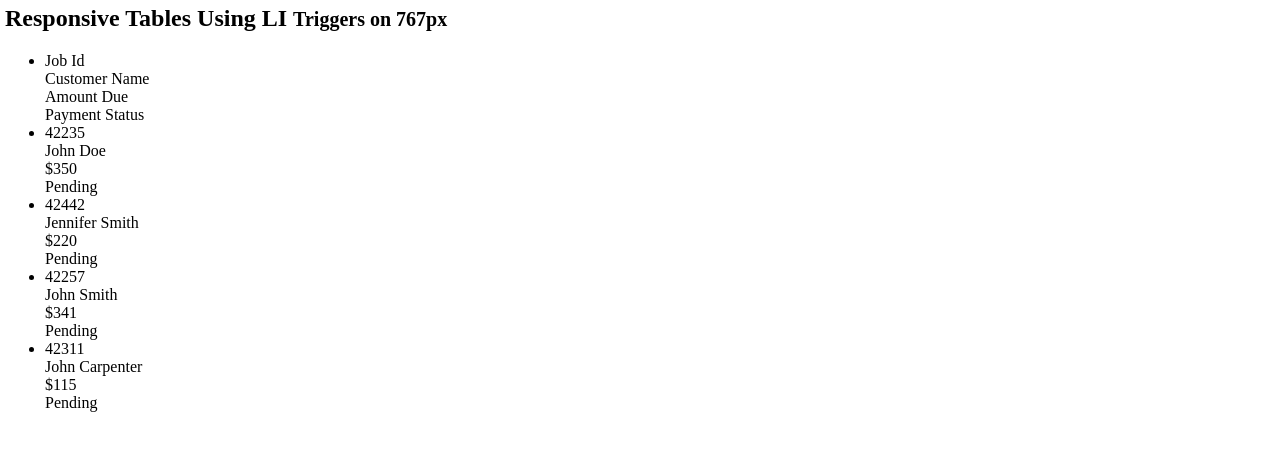
Repository: vijayholve/attendence
Page: templates/librarys/book_home.html
The author's editor kept a copy of each file at every save. The page is drawn from the files as they stood at one save, then again after a run of saves.
The browser window is 1280 px wide. The pictures show the whole page.
Some web fonts or font styles are not loaded; a fallback is used. The template is drawn by Django 5.2. The application's start-up code is not run. The template is opened directly, without the code that normally fills it, so the values that code supplies are empty.

Above is the page before, as saved 2024-08-07 15:09:55.

After the next 2 saves:
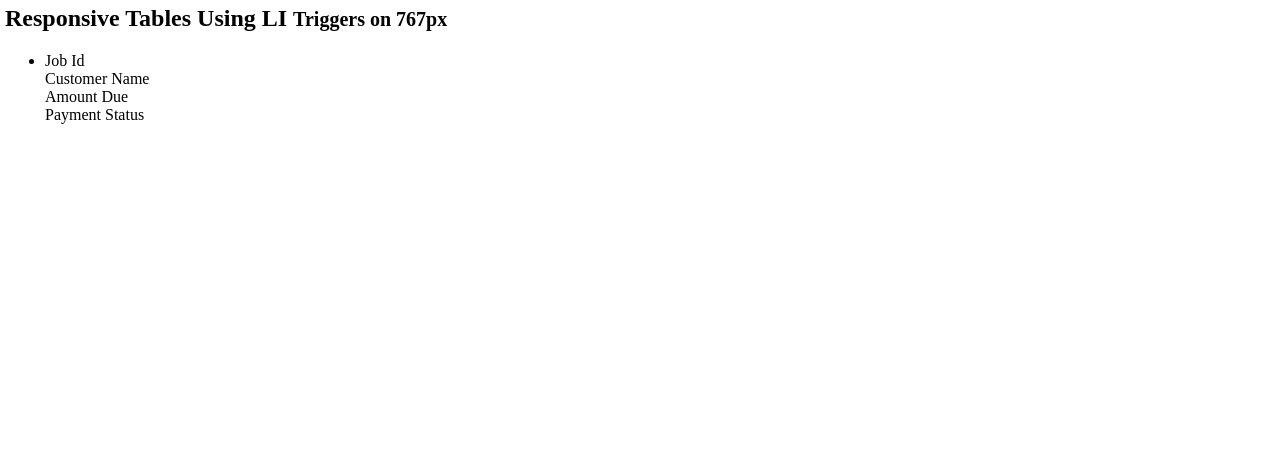
The 2 saves are shown as one change because they came seconds apart.
The last was saved 16 s later.
--- a/templates/librarys/book_home.html
+++ b/templates/librarys/book_home.html
@@ -9,30 +9,6 @@
         <div class="col col-3">Amount Due</div>
         <div class="col col-4">Payment Status</div>
       </li>
-      <li class="table-row">
-        <div class="col col-1" data-label="Job Id">42235</div>
-        <div class="col col-2" data-label="Customer Name">John Doe</div>
-        <div class="col col-3" data-label="Amount">$350</div>
-        <div class="col col-4" data-label="Payment Status">Pending</div>
-      </li>
-      <li class="table-row">
-        <div class="col col-1" data-label="Job Id">42442</div>
-        <div class="col col-2" data-label="Customer Name">Jennifer Smith</div>
-        <div class="col col-3" data-label="Amount">$220</div>
-        <div class="col col-4" data-label="Payment Status">Pending</div>
-      </li>
-      <li class="table-row">
-        <div class="col col-1" data-label="Job Id">42257</div>
-        <div class="col col-2" data-label="Customer Name">John Smith</div>
-        <div class="col col-3" data-label="Amount">$341</div>
-        <div class="col col-4" data-label="Payment Status">Pending</div>
-      </li>
-      <li class="table-row">
-        <div class="col col-1" data-label="Job Id">42311</div>
-        <div class="col col-2" data-label="Customer Name">John Carpenter</div>
-        <div class="col col-3" data-label="Amount">$115</div>
-        <div class="col col-4" data-label="Payment Status">Pending</div>
-      </li>
     </ul>
   </div>
 {% endblock content %}
